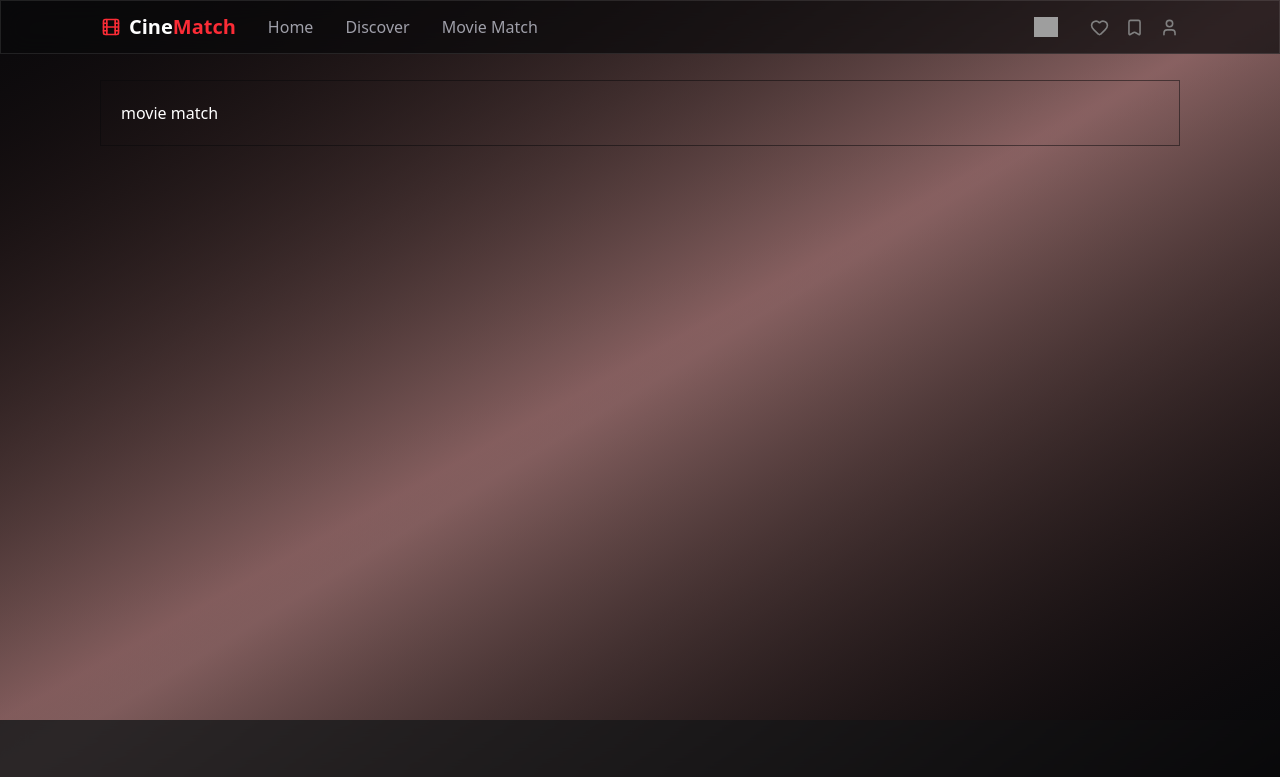
Repository: Mahak182005/CineMatch
Page: /match
The author's editor kept a copy of each file at every save. The page is drawn from the files as they stood at one save, then again after the next save.
The browser window is 1280 px wide. The pictures show the whole page.
Pictures or frames that could not be fetched are drawn as grey boxes. The project was rebuilt for these pictures with package versions that can differ from the ones it lists, and the page was loaded fresh each time. Also part of the build but not shown: vite.config.js, src/Components/Mood.jsx, src/Data/MoodData.js, src/Data/api.js, src/Components/MovieCart.jsx, src/Logic/search.js, src/pages/Home.jsx, src/pages/Favorites.jsx and 3 more.

Above is the page before, as saved 2026-10-12 14:45:51.

### index.html
<!doctype html>
<html lang="en">
  <head>
    <meta charset="UTF-8" />
    <link rel="icon" type="image/svg+xml" href="/favicon.svg" />
    <meta name="viewport" content="width=device-width, initial-scale=1.0" />
    <title>movie-explorer</title>
  </head>
  <body>
    <div id="root"></div>
    <script type="module" src="/src/main.jsx"></script>
  </body>
</html>

### src/main.jsx
import Router from './router/Router.jsx'
import { createRoot } from 'react-dom/client'
import './index.css'

createRoot(document.getElementById('root')).render(
  <Router />
)

### src/router/Router.jsx
import { createBrowserRouter } from "react-router-dom";
import {Home} from "../pages/Home";
import {RouterProvider} from "react-router-dom";
import { MovieMatch } from "../pages/MovieMatch";
import { Favorites } from "../pages/Favorites";
import {Watchlist} from "../pages/Watchlist"
import { Profile } from "../pages/Profile";
import { Discover } from "../pages/Discover";
import {Layout} from "../Layout/Layout";

const router = createBrowserRouter([
    {
         path: "/",
        element: <Layout />,
        children: [
            {
                index: true,
                element: <Home />
            },
            {
                path: "/discover",
                element: <Discover />
            },
            {
                path: "match",
                element: <MovieMatch />
            },
            {
                path: "fav",
                element: <Favorites />
            },
            {
                path: "watchlist",
                element: <Watchlist />
            },
            {
                path: "profile",
                element: <Profile />
            }
        ]
    }
])
function AppRouter() {
    return <RouterProvider router={router} />;
}

export default AppRouter;

### src/index.css
@import "tailwindcss";
html,
body,
#root {
  margin: 0;
  padding: 0;
  width: 100%;
  box-sizing: border-box
}

### src/pages/MovieMatch.jsx
import { MovieMatchOpt } from "../Components/MovieMatchOpt"
export function MovieMatch(){
    return(
        <>
            <div className="bg-gradient-to-br from-zinc-950 via-red-950/40 to-zinc-950 h-screen py-20 px-25">
                <MovieMatchOpt />
            </div>
        </>
    )
}

### src/Layout/Layout.jsx
import { Outlet } from "react-router-dom"
import {Header} from "../Components/Header"
import { Footer } from "../Components/Footer"
export function Layout(){
    return(
        // <div className="bg-[#091424] min-h-screen">
        <div className="bg-gradient-to-br from-zinc-950 via-red-950/40 to-zinc-950">
            <Header />
            <Outlet />
            <Footer />
        </div>
    )
}

### src/Components/MovieMatchOpt.jsx
export function MovieMatchOpt(){
    return(
        <>
            <div className="border-1 border-zinc-950/50 p-5">
                <p className="text-white">movie match</p>
            </div>
        </>
    )
}

### src/Components/Header.jsx
import { Link } from "react-router-dom";
export function Header(){
    return(
        <header className="w-full max-w-full fixed">
            <div className="flex justify-between gap-20 items-center border-1 border-gray-800  bg-zinc-950/70 backdrop-blur-md border-b border-white/10 py-3 px-25">
                    <div className="flex items-center gap-8">
                        <Link to="/">
                            <div className="flex items-center gap-2">
                                <div className="text-red-500">
                                    <svg xmlns="http://www.w3.org/2000/svg" width="24" height="24" viewBox="0 0 24 24" fill="none" stroke="currentColor" strokeWidth="2" strokeLinecap="round" strokeLinejoin="round" className="lucide lucide-film size-5" aria-hidden="true"><rect width="18" height="18" x="3" y="3" rx="2"></rect><path d="M7 3v18"></path><path d="M3 7.5h4"></path><path d="M3 12h18"></path><path d="M3 16.5h4"></path><path d="M17 3v18"></path><path d="M17 7.5h4"></path><path d="M17 16.5h4"></path></svg>
                                </div>
                                <p className="font-semibold text-xl text-white font-bold">Cine<span className="text-red-500">Match</span></p>
                            </div>
                        </Link>
                    <div className="flex gap-8">
                        <Link to="/"><div className="text-zinc-400 hover:text-white transition-colors">Home</div></Link>
                        <Link className="text-zinc-400 hover:text-white transition-colors" to="/discover">Discover</Link>
                        <Link className="text-zinc-400 hover:text-white transition-colors" to="/match">Movie Match</Link>
                        {/* <Link className="text-gray-500" to="/browse">Browser</Link> */}
                    </div>
                </div>
                <div className="flex gap-8 items-center">
                  <img src="https://images.openai.com/static-rsc-4/xpLf_iDkSa24squI-Ip5QKZDulp0bh7B7cuwtMJkyvB3GZ-utHOG7STBEdMhCHi332WpSdAey1vEcinOtZuM0vqtNlfz2iFG4NJkjVUb6CCT1gYCvnhXDTZPIKbWEkUhrQU-C51ka7CL4NYJu1wmD4mK8NLTfRdr_e0rAs2OP8c?purpose=inline" alt="image" className="w-6 h-5 "/>
                  <div className="flex gap-4 items-center">
                        <Link className="text-zinc-400 hover:text-red-500" to="fav"><div><svg xmlns="http://www.w3.org/2000/svg" width="19" height="19" viewBox="0 0 24 24" fill="none" stroke="gray" strokeWidth="2" strokeLinecap="round" strokeLinejoin="round" className="lucide lucide-heart" aria-hidden="true"><path d="M2 9.5a5.5 5.5 0 0 1 9.591-3.676.56.56 0 0 0 .818 0A5.49 5.49 0 0 1 22 9.5c0 2.29-1.5 4-3 5.5l-5.492 5.313a2 2 0 0 1-3 .019L5 15c-1.5-1.5-3-3.2-3-5.5"></path></svg></div></Link>
                        <Link className="text-zinc-400 hover:text-red-500" to="/watchlist">
                            <svg
                                xmlns="http://www.w3.org/2000/svg"
                                width="19"
                                height="19"
                                viewBox="0 0 24 24"
                                fill="none"
                                stroke="gray"
                                strokeWidth="2"
                                strokeLinecap="round"
                                strokeLinejoin="round"
                            >
                                <path d="M17 3a2 2 0 0 1 2 2v15a1 1 0 0 1-1.496.868l-4.512-2.578a2 2 0 0 0-1.984 0l-4.512 2.578A1 1 0 0 1 5 20V5a2 2 0 0 1 2-2z" />
                            </svg>
                        </Link>
                        <Link className="text-zinc-400 hover:text-red-500" to="/profile"><div className=""><svg xmlns="http://www.w3.org/2000/svg" width="19" height="19" viewBox="0 0 24 24" fill="none" stroke="gray" strokeWidth="2" strokeLinecap="round" strokeLinejoin="round" className="lucide lucide-user" aria-hidden="true"><path d="M19 21v-2a4 4 0 0 0-4-4H9a4 4 0 0 0-4 4v2"></path><circle cx="12" cy="7" r="4"></circle></svg></div></Link>
                    </div>
                </div>
            </div>
       </header>
    )
}

### src/Components/Footer.jsx
export function Footer(){
    return(
        <>
            <div className="bg-zinc-950/80 backdrop-blur-md border-t border-white/10 text-zinc-500 py-4">
                <div className="flex justify-between px-45">
                    <p>CineMatch - find a film for every feeling.</p>
                    <p>Curated cinema, mad personal.</p>
                </div>
            </div>
        </>
    )
}

After the next save:
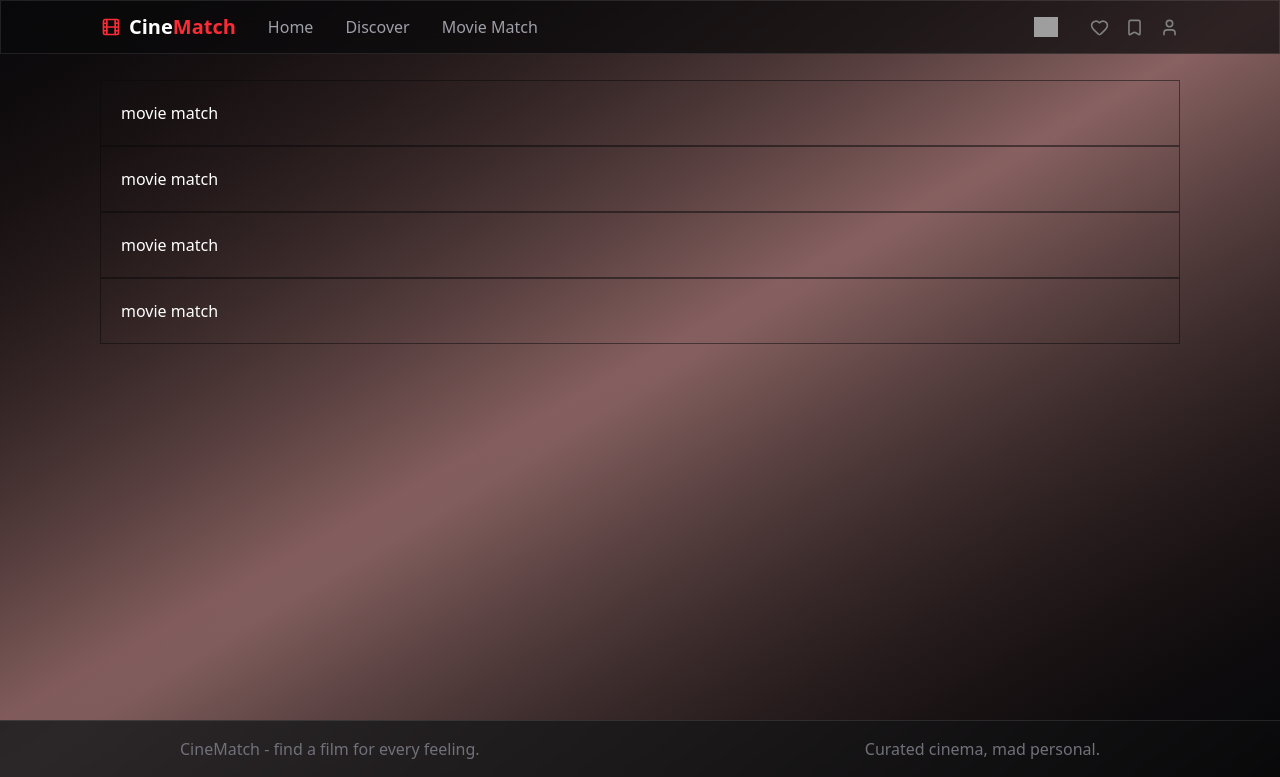
Saved 3 min 57 s later.
--- a/src/pages/MovieMatch.jsx
+++ b/src/pages/MovieMatch.jsx
@@ -3,7 +3,10 @@
     return(
         <>
             <div className="bg-gradient-to-br from-zinc-950 via-red-950/40 to-zinc-950 h-screen py-20 px-25">
-                <MovieMatchOpt />
+                <MovieMatchOpt  text="Movie Match" para="Mood, genre, time & language"/>
+                <MovieMatchOpt text="Movie Roulette" para="Let fate choose your movie" />
+                <MovieMatchOpt text="Tonight's Pick" para="One personalization recommendation" />
+                <MovieMatchOpt text="Compare Movies" para="Rating, runtime and more" />
             </div>
         </>
     )
